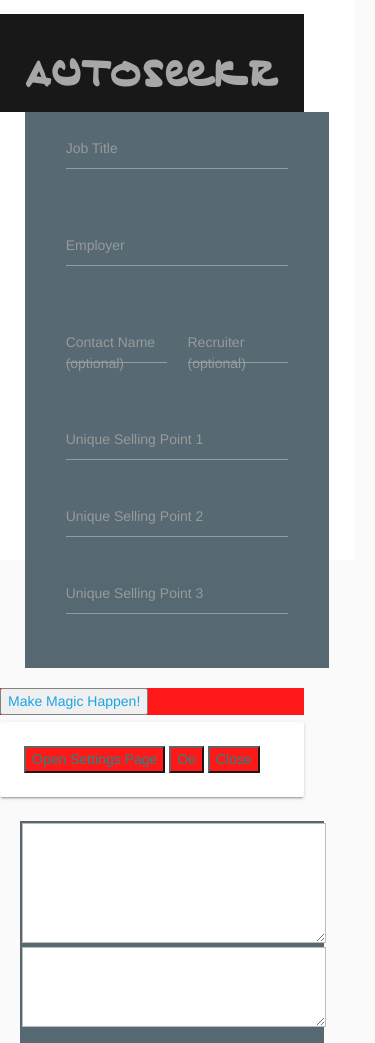
Repository: trendy77/autoJobbrr
Page: popup.html
These files come from the project's save history. The page is drawn as it stood at one moment and after the next save; the edit follows.
The browser window is 375 px wide. The pictures show the whole page.

Above is the page before, as saved 2018-08-09 18:59:05.
Console error: ReferenceError: createJobForm is not defined

After the next save:
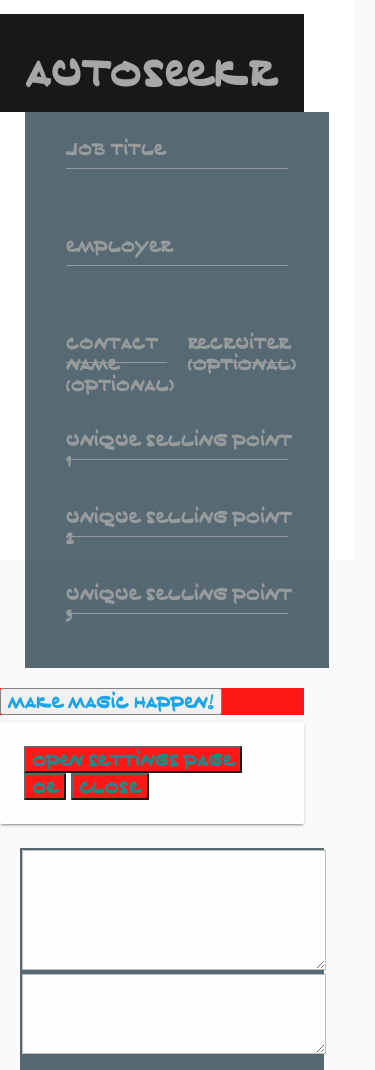
Saved 49 s later.
--- a/css/style.css
+++ b/css/style.css
@@ -296,60 +296,12 @@
 .sidenav-trigger {
     color: #26a69a;
 }
-
-.parallax-container {
-    min-height: 380px;
-    line-height: 0;
-    height: auto;
-    color: rgba(255, 255, 255, .9);
-}
-
-.parallax-container .section {
-    width: 100%;
-}
-
-@media only screen and (max-width: 992px) {
-    .parallax-container .section {
-        position: absolute;
-        top: 40%;
-    }
-    #index-banner .section {
-        top: 10%;
-    }
-}
-
-@media only screen and (max-width: 600px) {
-    #index-banner .section {
-        top: 0;
-    }
-}
-
-.icon-block {
-    padding: 0 15px;
-}
-
-.icon-block .material-icons {
-    font-size: inherit;
-}
-
-footer.page-footer {
-    margin: 0;
-}
-
 html {
     overflow-x: hidden;
 }
 
 body {
-    font-family: Helvetica, Arial, sans-serif;
-}
-
-#search_container {
-    text-align: center;
-}
-
-#search {
-    width: 85%;
+    font-family: tinyHands, sans-serif;
 }
 
 .app {
